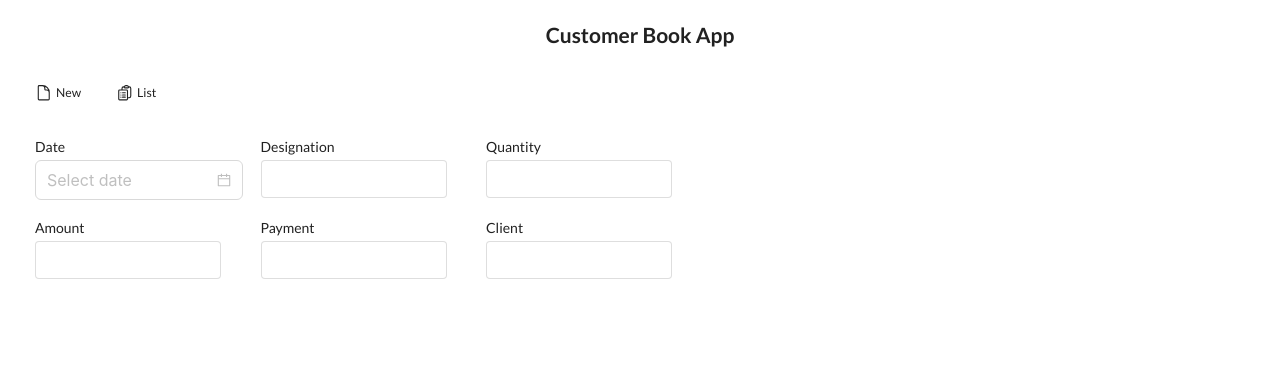
Repository: higirobruce/customerbookapp
Page: /, after clicking the first element matching `div.space-x-1`
The author's editor kept a copy of each file at every save. The page is drawn from the files as they stood at one save, then again after the next save.
The browser window is 1280 px wide. The pictures show the whole page.
The project was rebuilt for these pictures with package versions that can differ from the ones it lists, and the page was loaded fresh each time. The framework's server and built-in components were replaced by stand-ins that run in the browser. Also part of the build but not shown: next.config.js, components/layout/sidebar.js.

Above is the page before, as saved 2022-11-24 23:22:09.

After the next save:
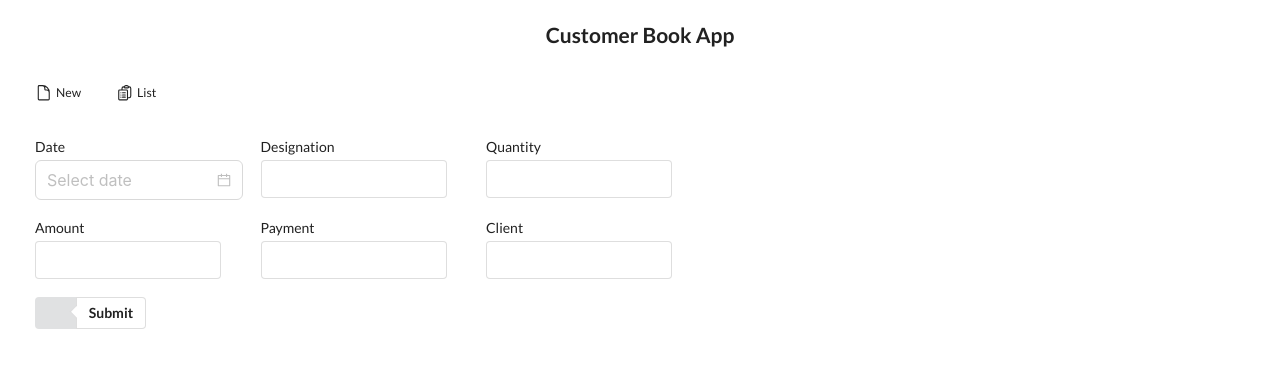
Saved 9 min 23 s later.
--- a/components/common/form.js
+++ b/components/common/form.js
@@ -1,6 +1,6 @@
 import React from 'react'
 import {DatePicker} from 'antd'
-import { Input } from 'semantic-ui-react'
+import { Button, Input } from 'semantic-ui-react'
 
 export default function Form() {
   return (
@@ -35,6 +35,8 @@ export default function Form() {
         <div>Client</div>
         <div><Input size='tiny' /></div>
       </div>
+
+      <Button label="Submit"/>
     </div>
   )
 }
